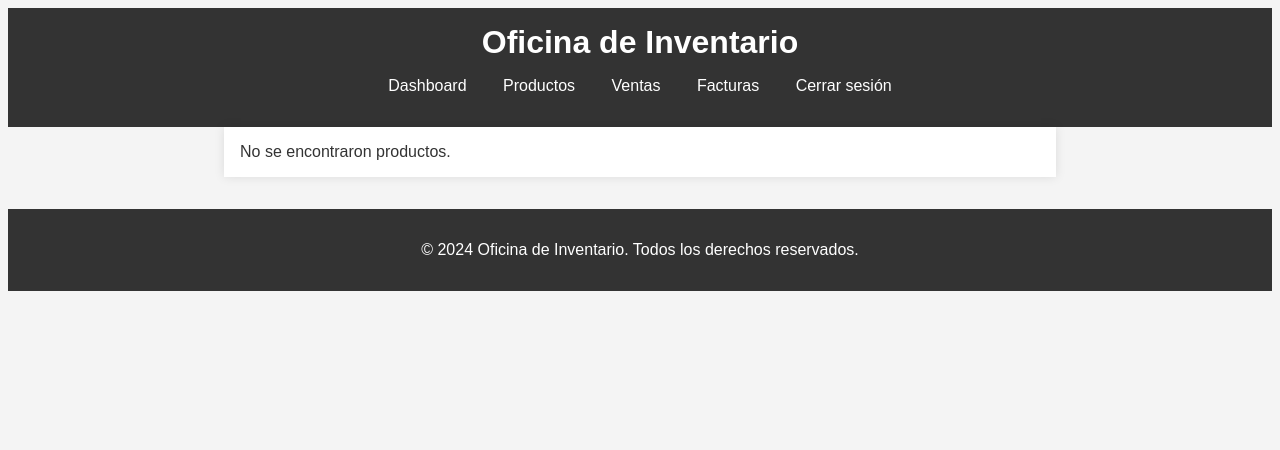
Repository: Connie75/Inventario
Page: http://localhost/views/products.php
An editor plug-in stored every save of this project. The page is shown before and after the next save, followed by the edit.
The browser window is 1280 px wide. The pictures show the whole page.
The page is run by PHP 8.4 with error messages shown; the project is at /var/www/html/. The session is filled in as if someone had signed in: {"id": 1, "rol": "admin"}. Queries for data that is not in the repository find no rows.

Above is the page before, as saved 2024-07-23 22:24:08.

After the next save:
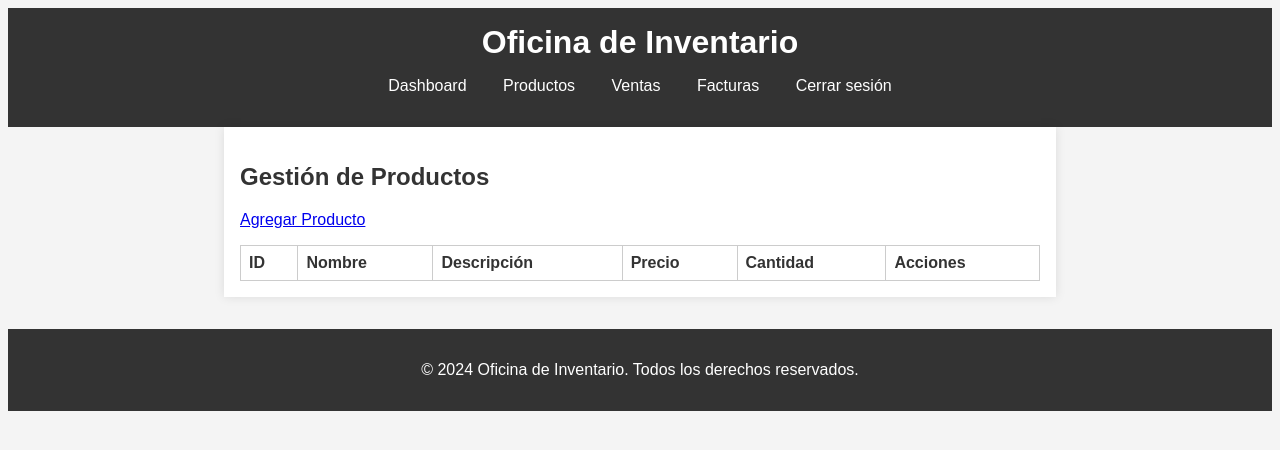
Saved 76 s later.
--- a/views/products.php
+++ b/views/products.php
@@ -1,27 +1,48 @@
 <!-- views/products.php -->
 <?php
 session_start();
-if (!isset($_SESSION['id']) || ($_SESSION['rol'] != 'admin' && $_SESSION['rol'] != 'trabajador')) {
+include '../includes/header.php';
+include '../includes/db.php';
+
+// Verificar si el usuario está logueado
+if (!isset($_SESSION['id'])) {
     header("Location: login.php");
     exit();
 }
-include '../includes/header.php';
-include '../includes/db.php';
 
-$sql = "SELECT id, nombre, descripcion, precio, cantidad FROM productos";
-$result = $conn->query($sql);
+// Obtener lista de productos
+$result = $conn->query("SELECT * FROM productos");
+?>
 
-if ($result->num_rows > 0) {
-    echo "<table>";
-    echo "<tr><th>ID</th><th>Nombre</th><th>Descripción</th><th>Precio</th><th>Cantidad</th></tr>";
-    while ($row = $result->fetch_assoc()) {
-        echo "<tr><td>{$row['id']}</td><td>{$row['nombre']}</td><td>{$row['descripcion']}</td><td>{$row['precio']}</td><td>{$row['cantidad']}</td></tr>";
-    }
-    echo "</table>";
-} else {
-    echo "No se encontraron productos.";
-}
+<h2>Gestión de Productos</h2>
+<a href="add_product.php">Agregar Producto</a>
+<table>
+    <thead>
+        <tr>
+            <th>ID</th>
+            <th>Nombre</th>
+            <th>Descripción</th>
+            <th>Precio</th>
+            <th>Cantidad</th>
+            <th>Acciones</th>
+        </tr>
+    </thead>
+    <tbody>
+        <?php while ($row = $result->fetch_assoc()): ?>
+            <tr>
+                <td><?php echo $row['id']; ?></td>
+                <td><?php echo $row['nombre']; ?></td>
+                <td><?php echo $row['descripcion']; ?></td>
+                <td><?php echo $row['precio']; ?></td>
+                <td><?php echo $row['cantidad']; ?></td>
+                <td>
+                    <a href="edit_product.php?id=<?php echo $row['id']; ?>">Editar</a>
+                    <a href="../actions/delete_product.php?id=<?php echo $row['id']; ?>">Eliminar</a>
+                </td>
+            </tr>
+        <?php endwhile; ?>
+    </tbody>
+</table>
 
-$conn->close();
-include '../includes/footer.php';
-?>
+<?php $conn->close(); ?>
+<?php include '../includes/footer.php'; ?>
